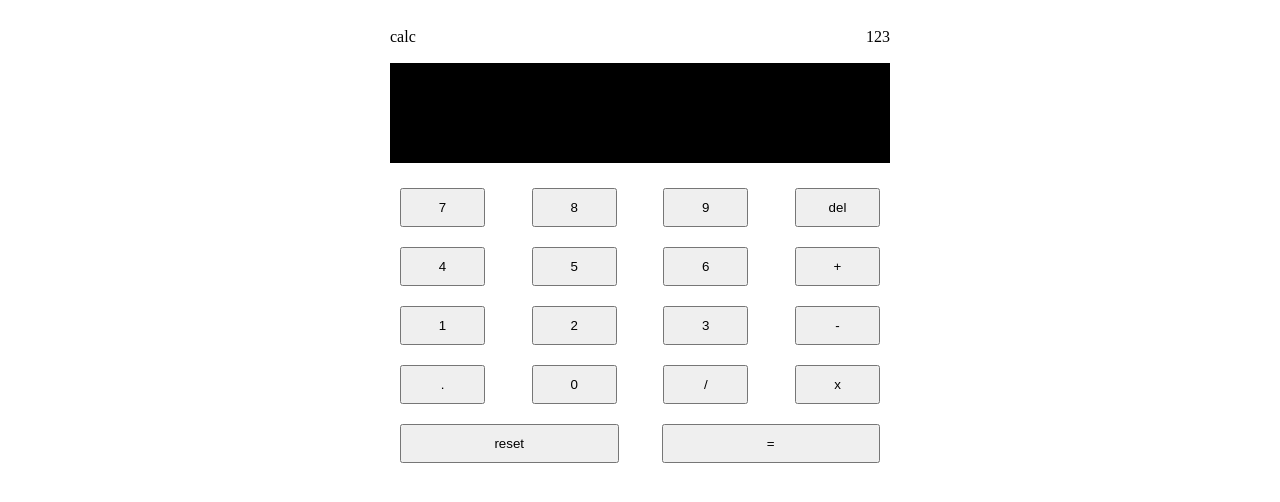
Repository: Eugene44-hub/basic-calculator
Page: index.html
An editor plug-in stored every save of this project. The page is shown before and after the next save, followed by the edit.
The browser window is 1280 px wide. The pictures show the whole page.

Above is the page before, as saved 2021-10-01 14:48:45.
Console error: SyntaxError: Unexpected end of input

### index.html
<!DOCTYPE html>
<html lang="en">

<head>
    <link rel="stylesheet" href="style.css">
    <meta charset="UTF-8">
    <meta http-equiv="X-UA-Compatible" content="IE=edge">
    <meta name="viewport" content="width=device-width, initial-scale=1.0">
    <title>Document</title>
</head>

<body>
    <div class="cal-container">

        <div class="theme">
            <div class="header">calc</div>
            <div class="theme-number">
                <div class="number-toggle">
                    <span id="one">1</span>
                    <span id="two">2</span>
                    <span id="three">3</span>

                    <div class="toggle"></div>
                </div>
            </div>
        </div>
        <div class="output">

        </div>
        <div class="buttons">
            <button id="number-button">7</button>
            <button id="number-button">8</button>
            <button id="number-button">9</button>
            <button id="del-button">del</button>
            <button id="number-button">4</button>
            <button id="number-button">5</button>
            <button id="number-button">6</button>
            <button id="addition-button">+</button>
            <button id="number-button">1</button>
            <button id="number-button">2</button>
            <button id="number-button">3</button>
            <button id="minus-button">-</button>
            <button id="dot-button">.</button>
            <button id="number-button">0</button>
            <button id="division-button">/</button>
            <button id="multiply-button">x</button>
            <button id="reset-button">reset</button>
            <button id="equals-button">=</button>
        </div>
    </div>

    <script src="app.js"></script>
</body>

</html>

### style.css
* {
    padding: 0;
    margin: 0;
    box-sizing: border-box;
}

body {
    display: flex;
    height: 500px;
}

.theme {
    display: flex;
    flex-wrap: wrap;
}

.toggle {
    background-color: black;
    height: 20px;
    width: 100%
}

.header {
    flex: 50%;
}

.theme-number {
    flex: 50%;
}

.number-toggle {
    float: right;
    display: flex;
}

span {
    flex: 30%;
}

.cal-container {
    margin: auto;
    width: 500px;
}

.buttons {
    display: flex;
    flex-wrap: wrap;
    justify-content: space-between;
}

button {
    flex-basis: 17%;
    padding: 10px;
    margin: 10px;
}

#reset-button,
#equals-button {
    flex-basis: 43.7%
}

.output {
    height: 100px;
    background-color: black;
    margin: 15px 0
}

Loaded but not shown: app.js (common file)

After the next save:
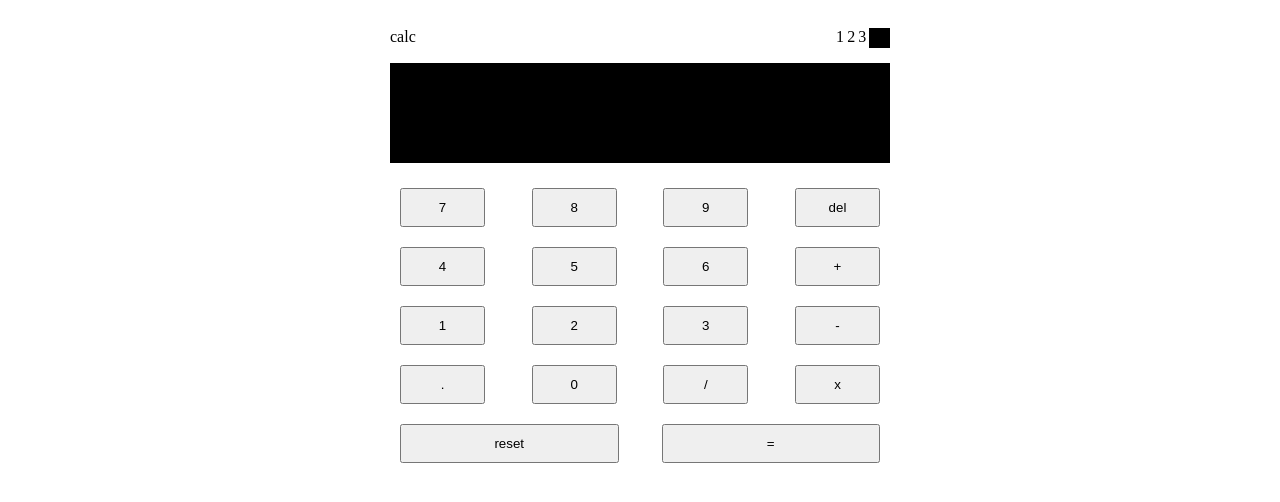
Saved 6 s later.
--- a/style.css
+++ b/style.css
@@ -17,7 +17,7 @@ body {
 .toggle {
     background-color: black;
     height: 20px;
-    width: 100%
+    width: 30px
 }
 
 .header {
